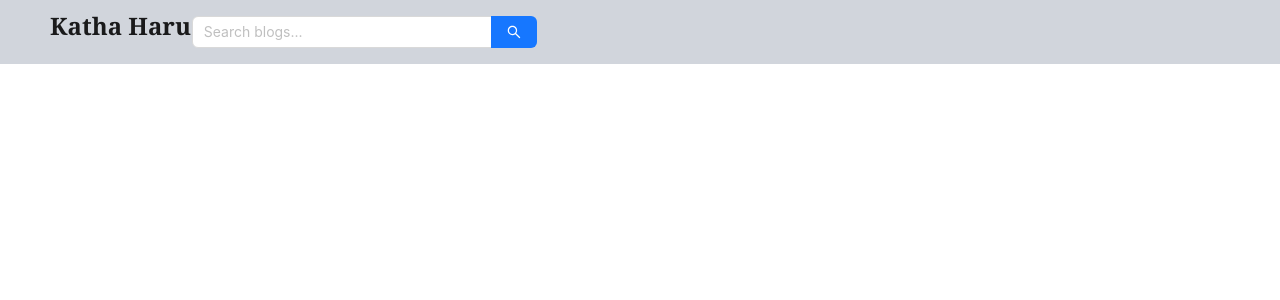
Repository: amich10/Blog_Frontend
Page: /user
These files come from the project's save history. The page is drawn as it stood at one moment and after the next save; the edit follows.
The browser window is 1280 px wide. The pictures show the whole page.
The project was rebuilt for these pictures with package versions that can differ from the ones it lists, and the page was loaded fresh each time. Also part of the build but not shown: vite.config.ts, src/pages/category/admin.category.tsx, src/services/user.service.tsx, src/pages/users/admin.user.list.tsx, src/components/input.component.tsx, src/pages/users/admin.adduser.tsx, src/pages/users/admin.user.edit.tsx, src/pages/category/add.category.tsx and 5 more.

Above is the page before, as saved 2025-04-25 12:15:03.

After the next save:
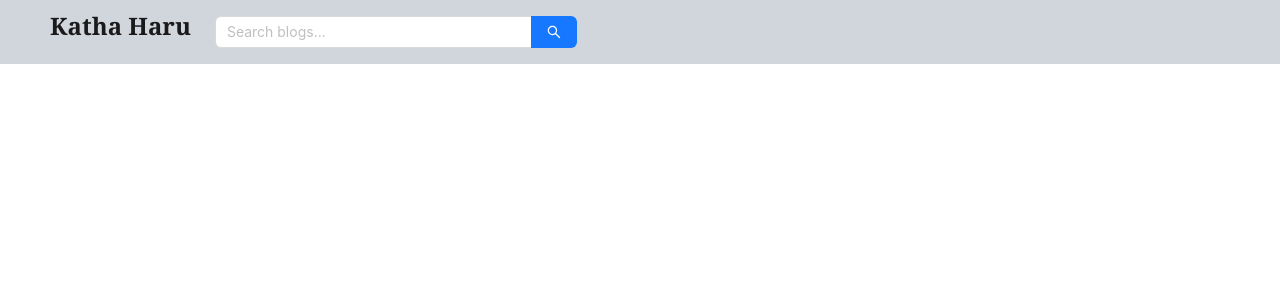
Saved 11 s later.
--- a/src/pages/user role/home page/user.header.tsx
+++ b/src/pages/user role/home page/user.header.tsx
@@ -9,7 +9,7 @@
     <>
     <Layout.Header className=' flex bg-gray-300! '>
         <div className='flex justify-center items-center'>
-          <Typography.Title level={3} className='font-serif! w-50'>Katha Haru</Typography.Title>
+          <Typography.Title level={3} className='font-serif! w-60'>Katha Haru</Typography.Title>
           <Input.Search placeholder="Search blogs..." enterButton />
         </div>
 
